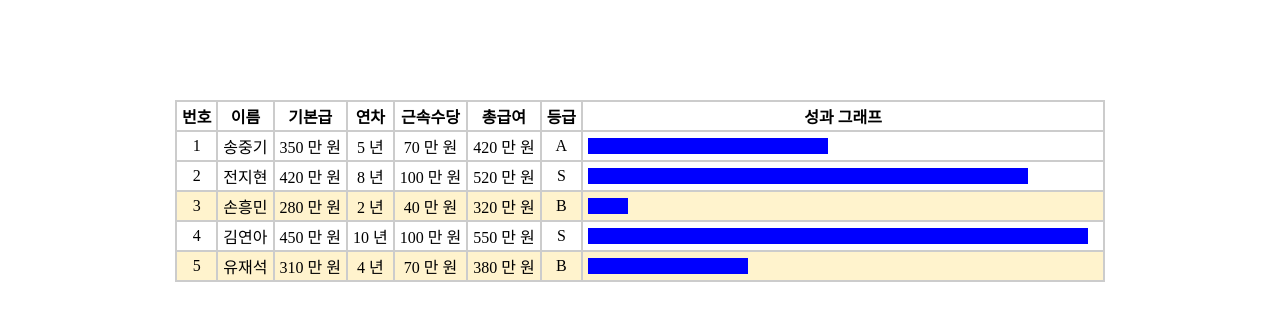
Repository: kkw3202/Jsp2026
Page: http://localhost/chapter01/exsample_salary.jsp
These files come from the project's save history. The page is drawn as it stood at one moment and after a run of saves; the edit follows.
The browser window is 1280 px wide. The pictures show the whole page.
The page is served by Tomcat 9.

Above is the page before, as saved 2026-10-16 07:47:40.

After the next 2 saves:
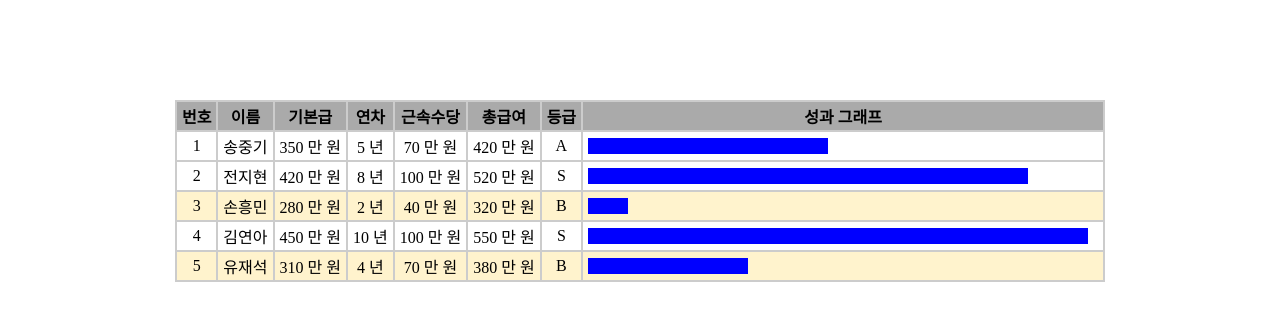
The 2 saves are shown as one change because they came seconds apart.
The last was saved 3 min 10 s later.
--- a/chapter01/src/main/webapp/exsample_salary.jsp
+++ b/chapter01/src/main/webapp/exsample_salary.jsp
@@ -11,6 +11,10 @@
 		border: 2px solid #ccc;
 		padding: 2px 5px;
 		text-align: center;
+	}
+
+	th{
+		background-color: #aaa;
 	}
 </style>
 </head>
